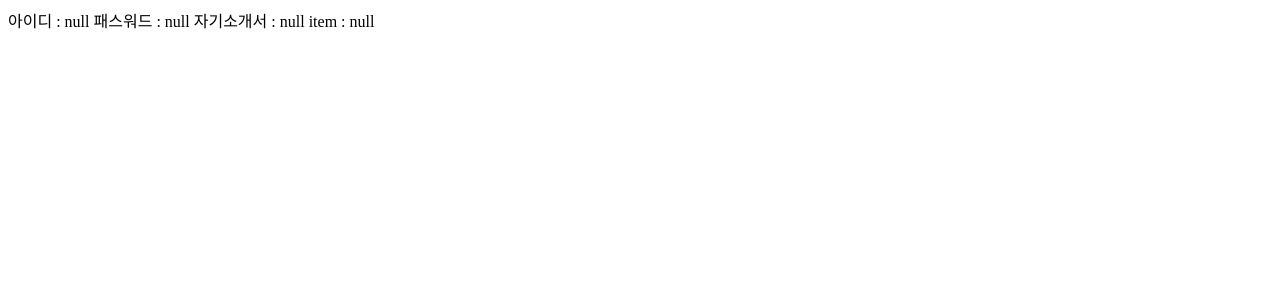
Repository: jeong3/Real_Time_Date
Page: http://localhost/jspRequest/requestParam.jsp
The author's editor kept a copy of each file at every save. The page is drawn from the files as they stood at one save, then again after the next save.
The browser window is 1280 px wide. The pictures show the whole page.
The page is served by Tomcat 9.

Above is the page before, as saved 2024-08-30 05:55:54.

After the next save:
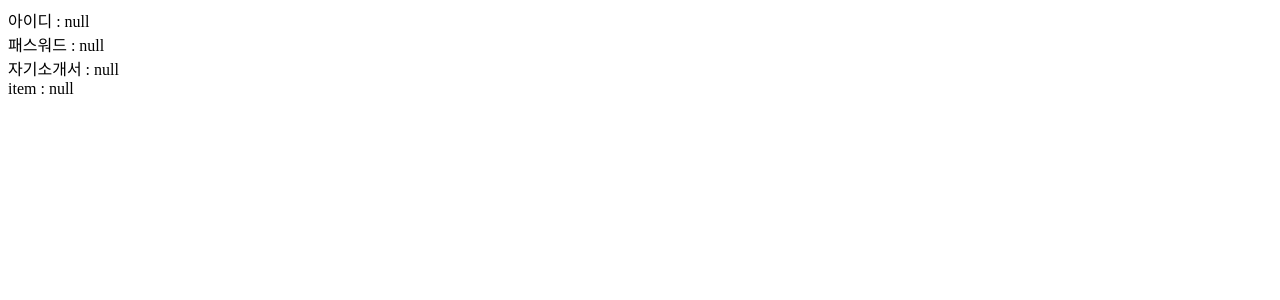
Saved 22 s later.
--- a/eclipse/eclipse-workspace/jspRequest/src/main/webapp/requestParam.jsp
+++ b/eclipse/eclipse-workspace/jspRequest/src/main/webapp/requestParam.jsp
@@ -14,9 +14,9 @@
 <title>Insert title here</title>
 </head>
 <body>
-아이디 : <%= userId %>
-패스워드 : <%= userPw %>
-자기소개서 : <%= desc %>
-item :  <%= item %>
+아이디 : <%= userId %> <br />
+패스워드 : <%= userPw %><br />
+자기소개서 : <%= desc %><br />
+item :  <%= item %><br />
 </body>
 </html>
